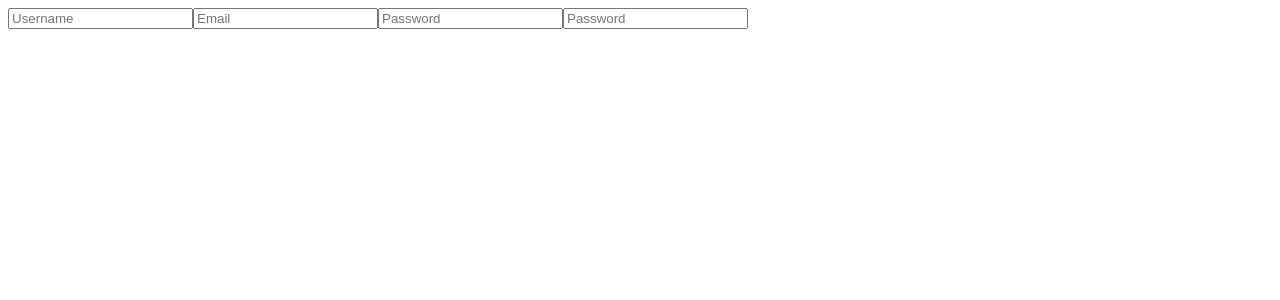
Repository: Ahmed123rezk123/Clinic
Page: index.html
The author's editor kept a copy of each file at every save. The page is drawn from the files as they stood at one save, then again after the next save.
The browser window is 1280 px wide. The pictures show the whole page.
Empty fields were first filled with sample values (such as "Sample", 5 or name@example.com).
After loading, the first visible `button` was clicked once.
Some web fonts or font styles are not loaded; a fallback is used.

Above is the page before, as saved 2024-04-26 17:50:34.

After the next save:
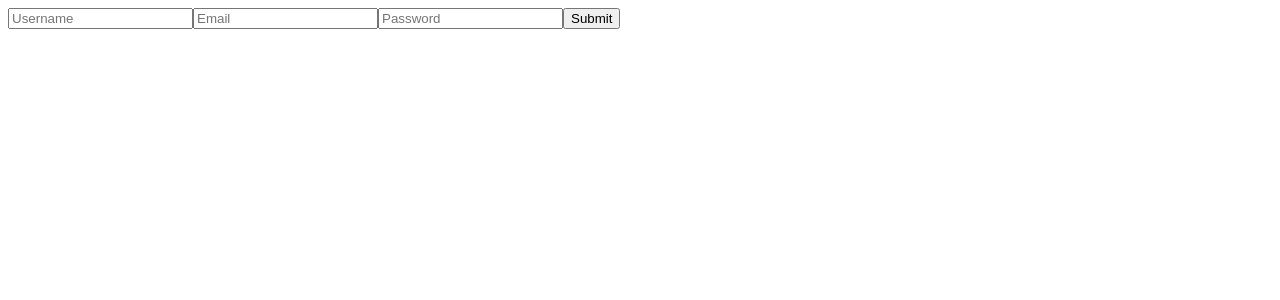
Saved 6 s later.
--- a/index.html
+++ b/index.html
@@ -24,7 +24,7 @@
         document.write("<input type=text placeholder=Username>")
         document.write("<input type=email placeholder=Email>")
         document.write("<input type=password placeholder=Password>")
-        document.write("<input type=password placeholder=Password>")
+        document.write("<input type=submit placeholder=Password>")
       document.write("</form>")
     }
   </script>
